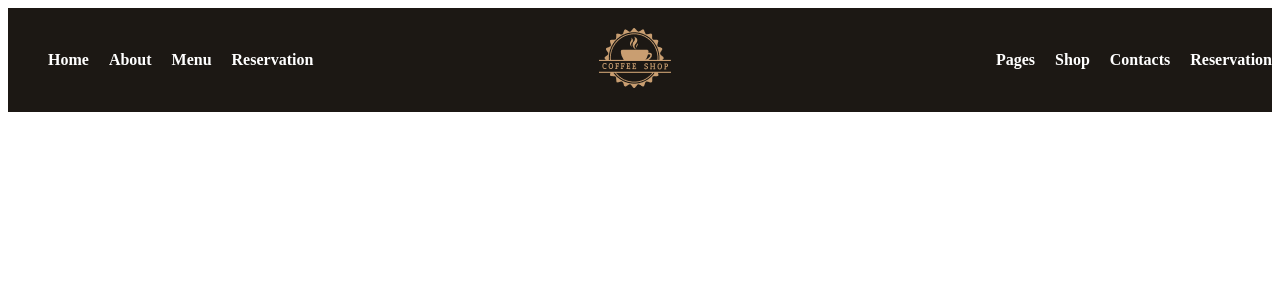
Repository: SitoraRashidova/CoffeShop_Figma
Page: /
An editor plug-in stored every save of this project. The page is shown before and after the next save, followed by the edit.
The browser window is 1280 px wide. The pictures show the whole page.
The project was rebuilt for these pictures with package versions that can differ from the ones it lists, and the page was loaded fresh each time. Also part of the build but not shown: vite.config.js.

Above is the page before, as saved 2024-11-24 22:47:02.

After the next save:
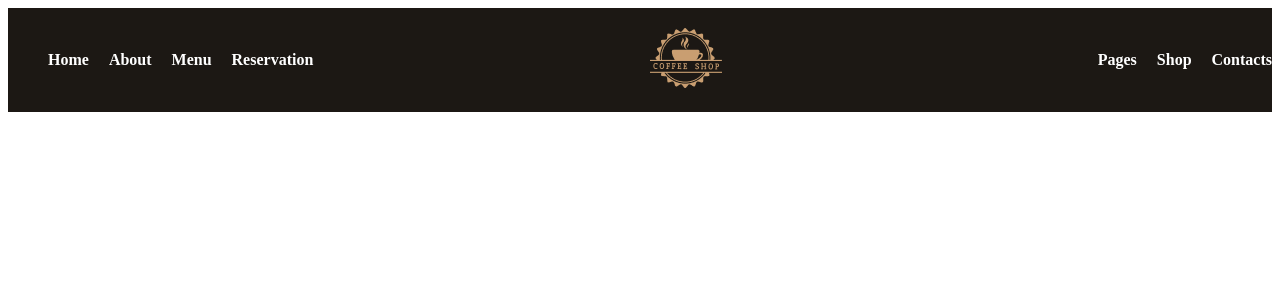
Saved 5 s later.
--- a/src/components/header.jsx
+++ b/src/components/header.jsx
@@ -49,11 +49,6 @@
                   Contacts
                 </a>
               </li>
-              <li className="nav-list__item">
-                <a className="nav-list__item-link" href="/Reservation">
-                  Reservation
-                </a>
-              </li>
             </ul>
           </nav>
         </div>
